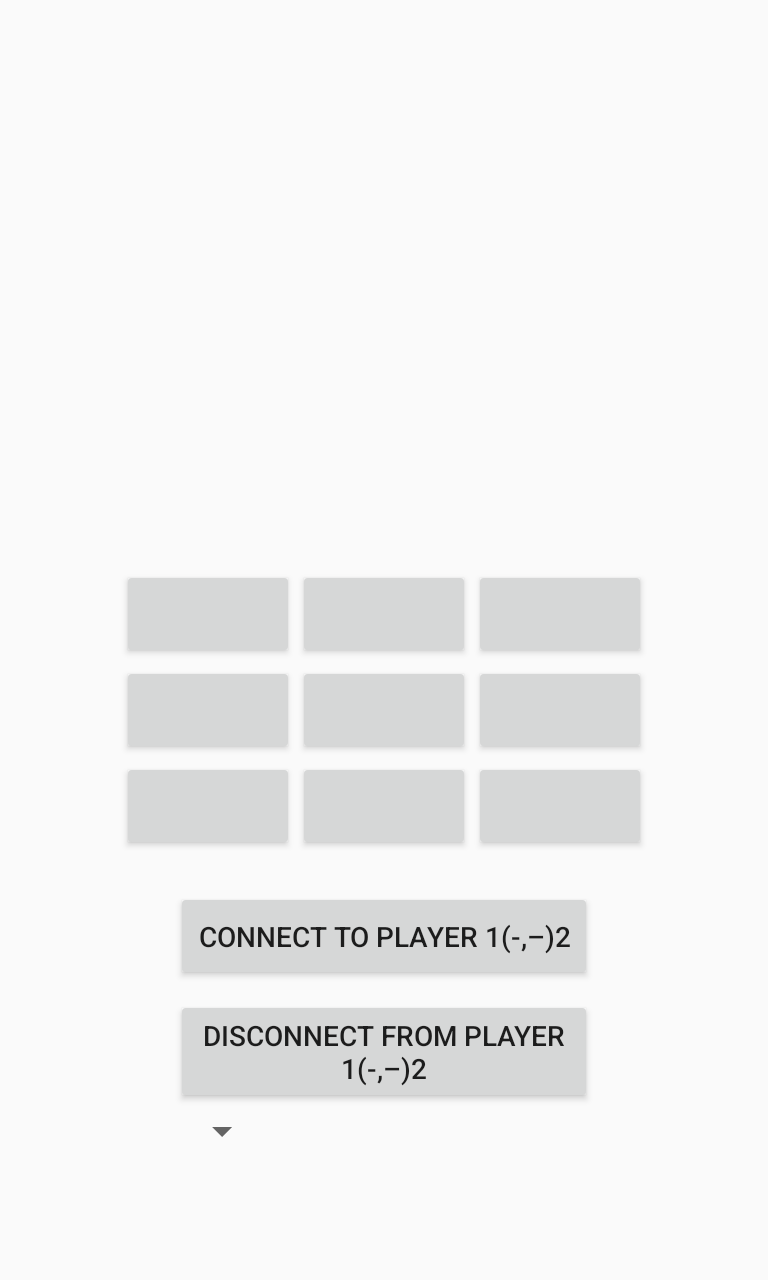
Repository: BananaGames/telecommProject
Layout: client/TelecommClient/res/layout/activity_main.xml
An editor plug-in stored every save of this project. The layout is shown before and after the next save, followed by the edit.
It is drawn on a 768 x 1280 px phone screen (xhdpi) without system bars, with theme AppTheme; the app's code is not run.

Above is the layout before, as saved 2014-11-17 23:54:01.

### client/TelecommClient/res/layout/activity_main.xml
<RelativeLayout xmlns:android="http://schemas.android.com/apk/res/android"
    xmlns:tools="http://schemas.android.com/tools"
    android:layout_width="match_parent"
    android:layout_height="match_parent"
    android:paddingBottom="@dimen/activity_vertical_margin"
    android:paddingLeft="@dimen/activity_horizontal_margin"
    android:paddingRight="@dimen/activity_horizontal_margin"
    android:paddingTop="@dimen/activity_vertical_margin"
    tools:context="com.example.telecommclient.MainActivity" >

    <Button
        android:id="@+id/buttonConnect"
        android:layout_width="wrap_content"
        android:layout_height="wrap_content"
        android:layout_alignParentBottom="true"
        android:layout_centerHorizontal="true"
        android:layout_marginBottom="132dp"
        android:text="@string/connect_string" />

    <Button
        android:id="@+id/button2"
        android:layout_width="wrap_content"
        android:layout_height="wrap_content"
        android:layout_alignLeft="@+id/buttonConnect"
        android:layout_alignRight="@+id/buttonConnect"
        android:layout_alignTop="@+id/buttonConnect"
        android:layout_marginTop="54dp"
        android:text="@string/disconnect_string" />

    <Spinner
        android:id="@+id/spinner1"
        android:layout_width="wrap_content"
        android:layout_height="wrap_content"
        android:layout_alignLeft="@+id/button2"
        android:layout_below="@+id/button2" />

    <TableLayout
        android:layout_width="wrap_content"
        android:layout_height="wrap_content"
        android:layout_above="@+id/buttonConnect"
        android:layout_centerHorizontal="true"
        android:layout_marginBottom="17dp" >

        <TableRow
            android:id="@+id/tableRow1"
            android:layout_width="wrap_content"
            android:layout_height="wrap_content" >

            <Button
                android:id="@+id/buttonTopLeft"
                android:layout_width="wrap_content"
                android:layout_height="wrap_content" />

            <Button
                android:id="@+id/buttonTopMiddle"
                android:layout_width="wrap_content"
                android:layout_height="wrap_content" />

            <Button
                android:id="@+id/buttonTopRight"
                android:layout_width="wrap_content"
                android:layout_height="wrap_content" />
        </TableRow>

        <TableRow
            android:id="@+id/tableRow2"
            android:layout_width="wrap_content"
            android:layout_height="wrap_content" >

            <Button
                android:id="@+id/buttonMidLeft"
                android:layout_width="wrap_content"
                android:layout_height="wrap_content" />

            <Button
                android:id="@+id/buttonMidMid"
                android:layout_width="wrap_content"
                android:layout_height="wrap_content" />

            <Button
                android:id="@+id/buttonMidRight"
                android:layout_width="wrap_content"
                android:layout_height="wrap_content" />
        </TableRow>

        <TableRow
            android:id="@+id/tableRow3"
            android:layout_width="wrap_content"
            android:layout_height="wrap_content" >

            <Button
                android:id="@+id/buttonBotLeft"
                android:layout_width="wrap_content"
                android:layout_height="wrap_content" />

            <Button
                android:id="@+id/buttonBotMid"
                android:layout_width="wrap_content"
                android:layout_height="wrap_content" />

            <Button
                android:id="@+id/buttonBotRight"
                android:layout_width="wrap_content"
                android:layout_height="wrap_content" />
        </TableRow>
    </TableLayout>

</RelativeLayout>

### client/TelecommClient/res/values/strings.xml
<?xml version="1.0" encoding="utf-8"?>
<resources>

    <string name="app_name">TelecommClient</string>
    <string name="hello_world">Hello world!</string>
    <string name="action_settings">Settings</string>
    <string name="connect_string">Connect to Player 1(-,&#8211;)2</string>
	<string name="disconnect_string">Disconnect from Player 1(-,&#8211;)2</string>

</resources>

Loaded but not shown: client/TelecommClient/res/values/styles.xml (common file); client/TelecommClient/res/values-v11/styles.xml (common file); client/TelecommClient/res/values-v14/styles.xml (common file); client/TelecommClient/res/values/dimens.xml (common file); client/TelecommClient/res/values-w820dp/dimens.xml (common file)

After the next save:
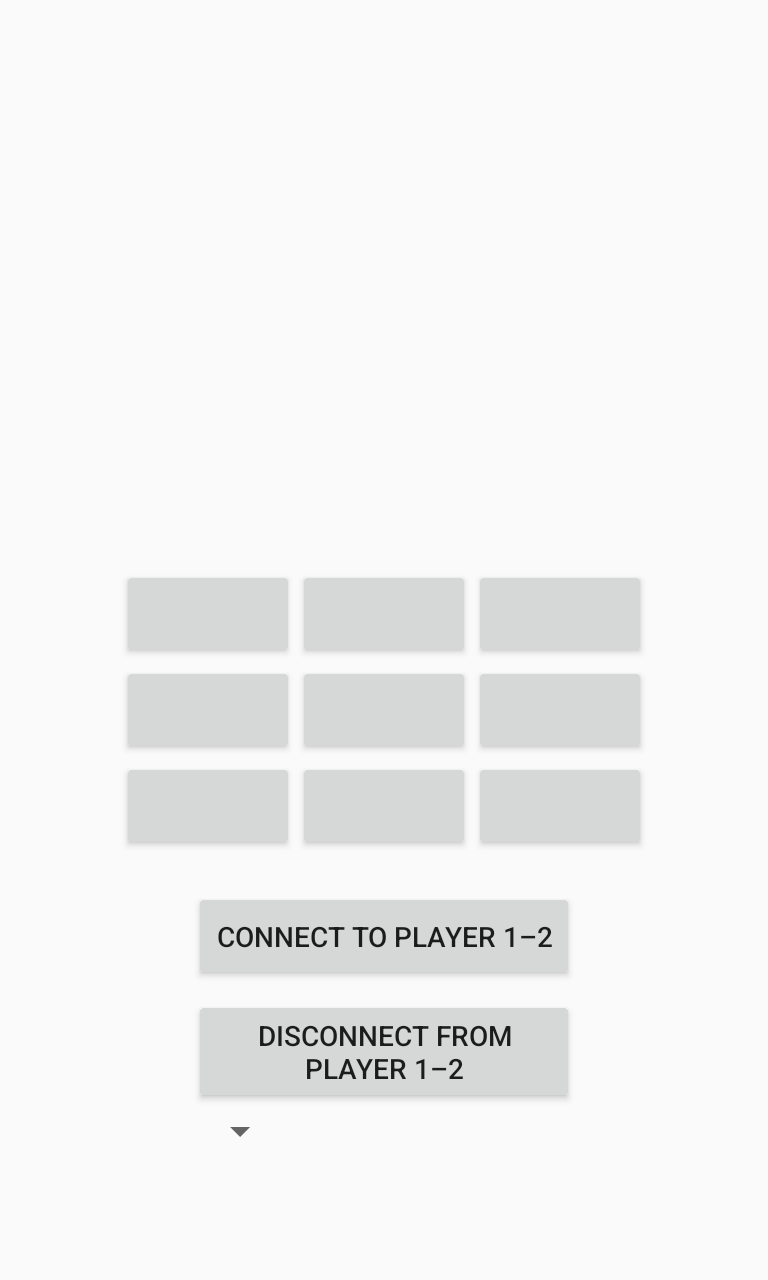
Saved 35 s later.
--- a/client/TelecommClient/res/values/strings.xml
+++ b/client/TelecommClient/res/values/strings.xml
@@ -4,7 +4,7 @@
     <string name="app_name">TelecommClient</string>
     <string name="hello_world">Hello world!</string>
     <string name="action_settings">Settings</string>
-    <string name="connect_string">Connect to Player 1(-,&#8211;)2</string>
-	<string name="disconnect_string">Disconnect from Player 1(-,&#8211;)2</string>
+    <string name="connect_string">Connect to Player 1&#8211;2</string>
+	<string name="disconnect_string">Disconnect from Player 1&#8211;2</string>
 
 </resources>
